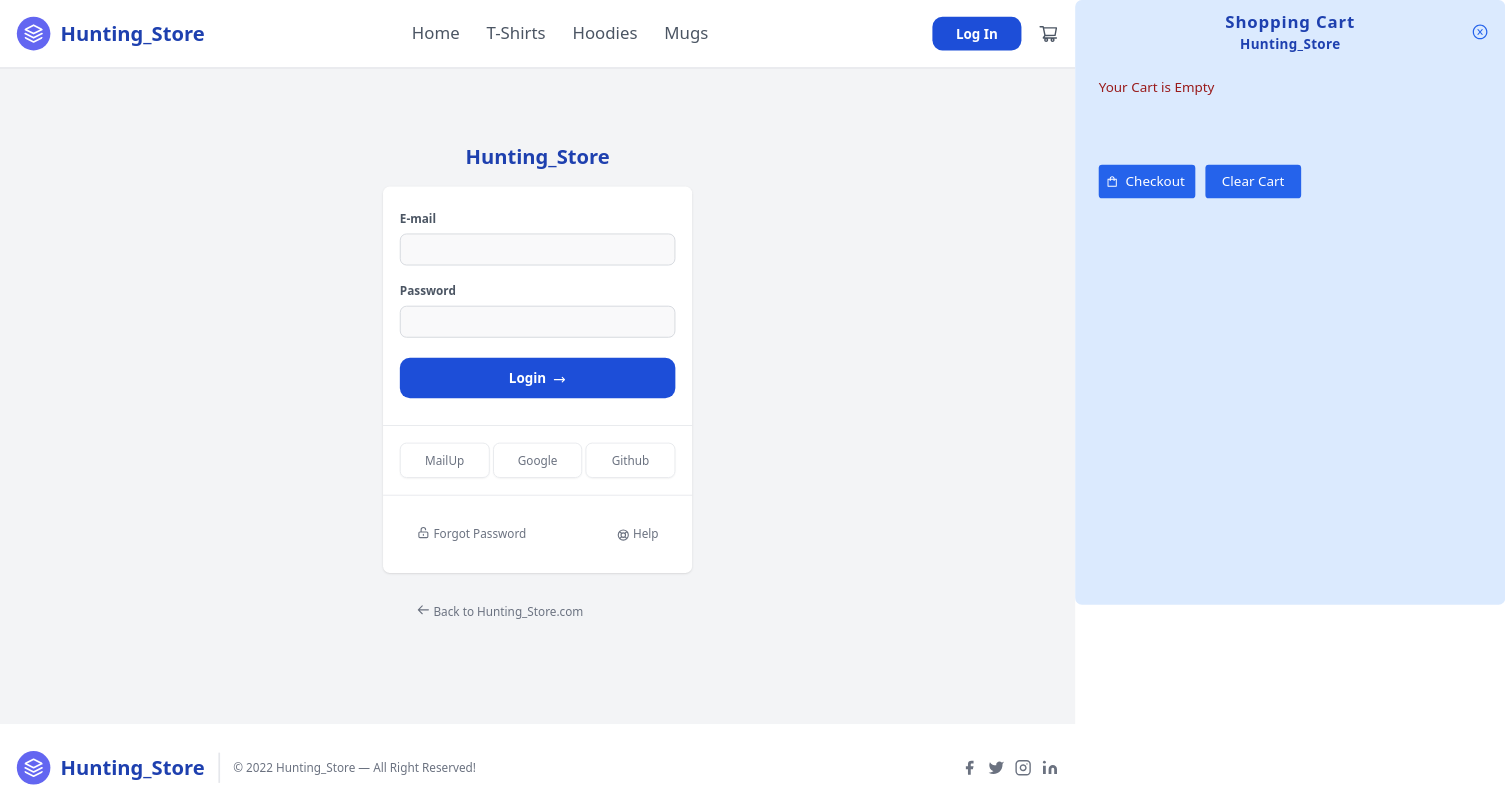
Repository: faixanmalik/ecom-store
Page: /login
The author's editor kept a copy of each file at every save. The page is drawn from the files as they stood at one save, then again after the next save.
The browser window is 1280 px wide. The page is 1792 px wide, so the pictures cover 1792 px, including what lies to the right of the window. The pictures show the whole page, at 84% of full size.
The project was rebuilt for these pictures with package versions that can differ from the ones it lists, and the page was loaded fresh each time. The framework's server and built-in components were replaced by stand-ins that run in the browser. Also part of the build but not shown: next.config.js.

Above is the page before, as saved 2022-12-26 19:29:40.

### pages/_app.js
import { useState , useEffect } from 'react'
import Footer from '../components/Footer'
import Navbar from '../components/Navbar'
import '../styles/globals.css'

// React top loading bar
import LoadingBar from 'react-top-loading-bar'

// React Toastify
import { ToastContainer, toast } from 'react-toastify';
import 'react-toastify/dist/ReactToastify.css';
import { useRouter } from 'next/router';

function MyApp({ Component, pageProps }) {


  const router = useRouter();


  let [cart, setCart] = useState({})
  let [subTotal, setSubTotal] = useState(0)
  const [user, setUser] = useState({value: null})
  const [key, setKey] = useState(0)

//  react top loading bar
  const [progress, setProgress] = useState(0)

  //  Use Effect for retain same items in shopping Cart
  useEffect(() => {
    router.events.on('routeChangeStart', ()=>{
      setProgress(75);
    });
    router.events.on('routeChangeComplete', ()=>{
      setProgress(100);
    });


    try {
      if (localStorage.getItem("cart")) {
        setCart(JSON.parse(localStorage.getItem("cart")));
        saveCart(JSON.parse(localStorage.getItem("cart")));
      }
    } catch (error) {
      console.error(error);
      localStorage.clear();
    }

    let token = localStorage.getItem("token");
    if( token ){
      setUser({value: token});
      setKey(Math.random());
    }

  }, [router.query])



  // Logout function
  const logout = ()=>{
    localStorage.removeItem("token");
    setUser({value:null});
    setKey(Math.random());
    router.push(`${process.env.NEXT_PUBLIC_HOST}/login`);
  }




  //  saveCart is used to store cart items in local storage of user
  const saveCart = (myCart) => {
    localStorage.setItem("cart", JSON.stringify(myCart))

  //   // function uses to subtotal
    let subt = 0;
    let keys = Object.keys(myCart);
    for (let i = 0; i < keys.length; i++) {
      subt +=  myCart[keys[i]].price * myCart[keys[i]].qty;
    }
    setSubTotal(subt)
  }


  // add to Cart function like increase quantity of items in cart
  const removecart = () => toast.error("Your Cart is Empty.!");



  const addToCart = (itemCode, name, qty, price, size, variant) =>{
    let newCart = cart;
    if(itemCode in cart){
      newCart[itemCode].qty= cart[itemCode].qty + qty;
    }
    else{
      newCart[itemCode]= {qty:1, name, price, size, variant}
    }
    setCart(newCart);
    saveCart(newCart);
  }


  // Remove From Cart function like decrease quantity of items in cart
  const removeFromCart = (itemCode, name, qty, price, size, variant) =>{
    let newCart = cart;
    if(itemCode in cart){
      newCart[itemCode].qty= cart[itemCode].qty - qty;
    }
     if (newCart[itemCode].qty <=0){
      delete newCart[itemCode];
     }
    setCart(newCart);
    saveCart(newCart);
  }




  // clear cart is used to clear all items in cart
  const clearCart = () => {
    removecart();
    setCart({});
    saveCart({});
  }



  return <>
  <LoadingBar color='#007af' height={2} progress={progress} waitingTime={300} onLoaderFinished={() => setProgress(0)}/>
  <Navbar key={key} user={user} logout={logout} cart={cart} addToCart={addToCart} removeFromCart={removeFromCart} clearCart={clearCart} subTotal={subTotal} />
  <Component cart={cart} addToCart={addToCart} removeFromCart={removeFromCart} clearCart={clearCart} subTotal={subTotal}  {...pageProps} />
  <Footer/>
  </>

}

export default MyApp

### pages/_document.js
import { Html, Head, Main, NextScript } from 'next/document'

export default function Document() {
  return (
    <Html>
      <Head className='overflow-x-hidden'/>
      <body>
        <Main />
        <NextScript />
      </body>
    </Html>
  )
}

### pages/login.js
import React from 'react'
import Link from 'next/link'
import { useState, useEffect } from 'react';
import { useRouter } from 'next/router';

import { toast, ToastContainer } from "react-toastify";
import 'react-toastify/dist/ReactToastify.css';




function login() {

  const router = useRouter()

  useEffect(() => {
    if(localStorage.getItem("token")){
        router.push('/')
    }
  }, [])


  const [email, setEmail] = useState('')
  const [password, setPassword] = useState('')


  const submit = async (e) => {
    e.preventDefault()


    // fetch the data from form to makes a file in local system
    const data = { email, password };

      let res = await fetch(`${process.env.NEXT_PUBLIC_HOST}/api/login`, {
      method: 'POST',
      headers: {
        'Content-Type': 'application/json',
      },
      body: JSON.stringify(data),
    })
      let response = await res.json()
        setEmail('')
        setPassword('')

        if (response.success === true) {
            toast.success(response.message , { position: "bottom-center", autoClose: 1000, hideProgressBar: false, closeOnClick: true, pauseOnHover: true, draggable: true, progress: undefined, theme: "light", });
            localStorage.setItem('token', response.token)
            setTimeout(() => {
                router.push(`${process.env.NEXT_PUBLIC_HOST}`);
            }, 1500);
        }
        if (!response.success == true){
            toast.error(response.message , { position: "bottom-center", autoClose: 1000, hideProgressBar: false, closeOnClick: true, pauseOnHover: true, draggable: true, progress: undefined, theme: "light", });
        }

        if (response.success == "none"){
            console.log(response);
            toast.error(response.message , { position: "bottom-center", autoClose: 1000, hideProgressBar: false, closeOnClick: true, pauseOnHover: true, draggable: true, progress: undefined, theme: "light", });
            setTimeout(() => {
                router.push(`${process.env.NEXT_PUBLIC_HOST}/signup`);
            }, 1500);
        }

  }



  const handleChange = (e) => {

    if ( e.target.name === 'email') {
      setEmail(e.target.value)
    }
    else if (e.target.name === 'password') {
      setPassword(e.target.value)
    }
  }


  return (
    <>
    <div className="min-h-screen bg-gray-100 flex flex-col justify-center sm:py-12">
        <div className="p-10 xs:p-0 mx-auto md:w-full md:max-w-md">
        <h1 className="text-center text-2xl font-bold text-blue-800 mb-5">Hunting_Store</h1>
        <ToastContainer position="bottom-center" autoClose={1000} hideProgressBar={false} newestOnTop={false} closeOnClick rtl={false} pauseOnFocusLoss draggable theme="light"/>


        <form method='POST' onSubmit={submit}>

            <div className="bg-white shadow w-full rounded-lg divide-y divide-gray-200">
            <div className="px-5 py-7">

                <label className="font-semibold text-sm text-gray-600 pb-1 block">E-mail</label>
                <input onChange={handleChange} value={email} name="email" id='email' type="text" className="bg-gray-100 bg-opacity-50 resize-none text-gray-700 outline-none border border-gray-300 focus:border-indigo-500 focus:bg-white focus:ring-2 focus:ring-indigo-200 rounded-lg px-3 py-2 mt-1 mb-5 text-sm w-full transition-colors duration-200 ease-in-out" required />

                <label className="font-semibold text-sm text-gray-600 pb-1 block">Password</label>
                <input onChange={handleChange} value={password} name="password" id='password' type="password" className="bg-gray-100 bg-opacity-50 resize-none text-gray-700 outline-none border border-gray-300 focus:border-indigo-500 focus:bg-white focus:ring-2 focus:ring-indigo-200 rounded-lg px-3 py-2 mt-1 mb-5 text-sm w-full transition-colors duration-200 ease-in-out" required />


                <button type="submit" className="w-full text-center py-3 bg-blue-700 text-white rounded-xl font-semibold hover:bg-blue-800 focus:outline-none my-1">
                    <span className="inline-block mr-2">Login</span>
                    <svg xmlns="http://www.w3.org/2000/svg" fill="none" viewBox="0 0 24 24" stroke="currentColor" className="w-4 h-4 inline-block"><path strokeLinecap="round" strokeLinejoin="round" strokeWidth="2" d="M17 8l4 4m0 0l-4 4m4-4H3" /></svg>
                </button>
            </div>

            <div className="p-5">
                <div className="grid grid-cols-3 gap-1">
                    <button type="button" className="transition duration-200 border border-gray-200 text-gray-500 w-full py-2.5 rounded-lg text-sm shadow-sm hover:shadow-md font-normal text-center inline-block">MailUp</button>
                    <button type="button" className="transition duration-200 border border-gray-200 text-gray-500 w-full py-2.5 rounded-lg text-sm shadow-sm hover:shadow-md font-normal text-center inline-block">Google</button>
                    <button type="button" className="transition duration-200 border border-gray-200 text-gray-500 w-full py-2.5 rounded-lg text-sm shadow-sm hover:shadow-md font-normal text-center inline-block">Github</button>
                </div>
            </div>
                <div className="py-5">
                <div className="grid grid-cols-2 gap-1">
                <div className="text-center sm:text-left whitespace-nowrap">
                    <button className="transition duration-200 mx-5 px-5 py-4 cursor-pointer font-normal text-sm rounded-lg text-gray-500 hover:bg-gray-100 focus:outline-none focus:bg-gray-200 focus:ring-2 focus:ring-gray-400 focus:ring-opacity-50 ring-inset">
                        <svg xmlns="http://www.w3.org/2000/svg" fill="none" viewBox="0 0 24 24" stroke="currentColor" className="w-4 h-4 inline-block align-text-top">
                            <path strokeLinecap="round" strokeLinejoin="round" strokeWidth="2" d="M8 11V7a4 4 0 118 0m-4 8v2m-6 4h12a2 2 0 002-2v-6a2 2 0 00-2-2H6a2 2 0 00-2 2v6a2 2 0 002 2z" />
                        </svg>
                        <Link href={"/forgotpassword"}><span className="inline-block ml-1">Forgot Password</span></Link>
                    </button>
                </div>
                <div className="text-center sm:text-right whitespace-nowrap">
                    <button className="transition duration-200 mx-5 px-5 py-4 cursor-pointer font-normal text-sm rounded-lg text-gray-500 hover:bg-gray-100 focus:outline-none focus:bg-gray-200 focus:ring-2 focus:ring-gray-400 focus:ring-opacity-50 ring-inset">
                        <svg xmlns="http://www.w3.org/2000/svg" fill="none" viewBox="0 0 24 24" stroke="currentColor" className="w-4 h-4 inline-block align-text-bottom	">
                            <path strokeLinecap="round" strokeLinejoin="round" strokeWidth="2" d="M18.364 5.636l-3.536 3.536m0 5.656l3.536 3.536M9.172 9.172L5.636 5.636m3.536 9.192l-3.536 3.536M21 12a9 9 0 11-18 0 9 9 0 0118 0zm-5 0a4 4 0 11-8 0 4 4 0 018 0z" />
                        </svg>
                        <span className="inline-block ml-1">Help</span>
                    </button>
                </div>
                </div>
            </div>
            </div>
            <div className="py-5">
                <div className="grid grid-cols-2 gap-1">
                <div className="text-center sm:text-left whitespace-nowrap">
                    <button className="transition duration-200 mx-5 px-5 py-4 cursor-pointer font-normal text-sm rounded-lg text-gray-500 hover:bg-gray-200 focus:outline-none focus:bg-gray-300 focus:ring-2 focus:ring-gray-400 focus:ring-opacity-50 ring-inset">
                        <svg xmlns="http://www.w3.org/2000/svg" fill="none" viewBox="0 0 24 24" stroke="currentColor" className="w-4 h-4 inline-block align-text-top">
                            <path strokeLinecap="round" strokeLinejoin="round" strokeWidth="2" d="M10 19l-7-7m0 0l7-7m-7 7h18" />
                        </svg>
                        <span className="inline-block ml-1"><Link href={"/"}>Back to Hunting_Store.com</Link></span>
                    </button>
                </div>
                </div>

            </div>
        </form>
        </div>
    </div>
    </>
  )
}

export default login

### components/Footer.js
import React from 'react'

function Footer() {
  return (

    <footer className="text-gray-600 body-font ">
  <div className="container px-5 py-8 mx-auto flex items-center flex-col sm:flex-row">
    <a className="flex title-font font-medium items-center md:justify-start justify-center text-gray-900">
      <svg xmlns="http://www.w3.org/2000/svg" fill="none" stroke="currentColor" strokeLinecap="round" strokeLinejoin="round" strokeWidth="2" className="w-10 h-10 text-white p-2 bg-indigo-500 rounded-full" viewBox="0 0 24 24">
        <path d="M12 2L2 7l10 5 10-5-10-5zM2 17l10 5 10-5M2 12l10 5 10-5"></path>
      </svg>
      <span className="ml-3 text-2xl font-bold text-blue-800">Hunting_Store</span>
    </a>
    <p className="text-sm text-gray-500 sm:ml-4 sm:pl-4 sm:border-l-2 sm:border-gray-200 sm:py-2 sm:mt-0 mt-4">© 2022 Hunting_Store — All Right Reserved!</p>
    <span className="inline-flex sm:ml-auto sm:mt-0 mt-4 justify-center sm:justify-start">
      <a className="text-gray-500">
        <svg fill="currentColor" strokeLinecap="round" strokeLinejoin="round" strokeWidth="2" className="w-5 h-5" viewBox="0 0 24 24">
          <path d="M18 2h-3a5 5 0 00-5 5v3H7v4h3v8h4v-8h3l1-4h-4V7a1 1 0 011-1h3z"></path>
        </svg>
      </a>
      <a className="ml-3 text-gray-500">
        <svg fill="currentColor" strokeLinecap="round" strokeLinejoin="round" strokeWidth="2" className="w-5 h-5" viewBox="0 0 24 24">
          <path d="M23 3a10.9 10.9 0 01-3.14 1.53 4.48 4.48 0 00-7.86 3v1A10.66 10.66 0 013 4s-4 9 5 13a11.64 11.64 0 01-7 2c9 5 20 0 20-11.5a4.5 4.5 0 00-.08-.83A7.72 7.72 0 0023 3z"></path>
        </svg>
      </a>
      <a className="ml-3 text-gray-500">
        <svg fill="none" stroke="currentColor" strokeLinecap="round" strokeLinejoin="round" strokeWidth="2" className="w-5 h-5" viewBox="0 0 24 24">
          <rect width="20" height="20" x="2" y="2" rx="5" ry="5"></rect>
          <path d="M16 11.37A4 4 0 1112.63 8 4 4 0 0116 11.37zm1.5-4.87h.01"></path>
        </svg>
      </a>
      <a className="ml-3 text-gray-500">
        <svg fill="currentColor" stroke="currentColor" strokeLinecap="round" strokeLinejoin="round" strokeWidth="0" className="w-5 h-5" viewBox="0 0 24 24">
          <path stroke="none" d="M16 8a6 6 0 016 6v7h-4v-7a2 2 0 00-2-2 2 2 0 00-2 2v7h-4v-7a6 6 0 016-6zM2 9h4v12H2z"></path>
          <circle cx="4" cy="4" r="2" stroke="none"></circle>
        </svg>
      </a>
    </span>
  </div>
</footer>
  )
}

export default Footer

### components/Navbar.js
import React from 'react'
import Link from 'next/link'
import { useRef } from 'react';
import { AiOutlineShoppingCart,AiOutlineShopping, AiOutlineCloseCircle, AiFillMinusCircle, AiFillPlusCircle } from 'react-icons/ai';
import { BiUserCircle } from 'react-icons/bi';
import { Fragment } from 'react'
import { Menu, Transition } from '@headlessui/react'
import { ChevronDownIcon } from '@heroicons/react/20/solid'

function classNames(...classes) {
  return classes.filter(Boolean).join(' ')
}


function Navbar({logout, user, cart, removeFromCart, addToCart, clearCart, subTotal , size , variant}) {

  const togglecart = ()=> {
    if (ref.current.classList.contains('translate-x-full')){
      ref.current.classList.remove('translate-x-full');
      ref.current.classList.add('translate-x-0');
    }
    else {
      ref.current.classList.remove('translate-x-0');
      ref.current.classList.add('translate-x-full');
    }
  }
  const ref = useRef()




  return (
    <header className="text-gray-600 body-font border-b-2 ">
        <div className="container mx-auto flex flex-wrap p-5 flex-col md:flex-row items-center">
            <a className="flex title-font font-medium items-center text-gray-900 mb-4 md:mb-0">
            <svg xmlns="http://www.w3.org/2000/svg" fill="none" stroke="currentColor" strokeLinecap="round" strokeLinejoin="round" strokeWidth="2" className="w-10 h-10 text-white p-2 bg-indigo-500 rounded-full" viewBox="0 0 24 24">
                <path d="M12 2L2 7l10 5 10-5-10-5zM2 17l10 5 10-5M2 12l10 5 10-5"></path>
            </svg>
            <span className="ml-3 text-2xl font-bold text-blue-800">Hunting_Store</span>
            </a>
            <nav className="md:ml-auto md:mr-auto flex flex-wrap items-center text-lg md:text-xl justify-center list-none space-x-8 md:space-x-3 lg:space-x-8">
              <Link href={"/"}><li className='hover:text-blue-700 hover:font-semibold'>Home</li></Link>
              <Link href={"/tshirt"}><li className='hover:text-blue-700 hover:font-semibold'>T-Shirts</li></Link>
              <Link href={"/hoodies"}><li className='hover:text-blue-700 hover:font-semibold'>Hoodies</li></Link>
              <Link href={"/mugs"}><li className='hover:text-blue-700 hover:font-semibold'>Mugs</li></Link>
            </nav>
            <div className='inline-flex items-center mt-3 md:mt-0 space-x-8 md:space-x-5'>

              <Menu as="div" className="relative inline-block text-left">
                <div>
                  <Menu.Button className="inline-flex mt-2">
                  {user.value && <BiUserCircle className='text-2xl cursor-pointer' aria-hidden="true"/>}
                  </Menu.Button>
                </div>
                <Transition as={Fragment} enter="transition ease-out duration-100" enterFrom="transform opacity-0 scale-95" enterTo="transform opacity-100 scale-100" leave="transition ease-in duration-75" leaveFrom="transform opacity-100 scale-100" leaveTo="transform opacity-0 scale-95">
                <Menu.Items className="absolute md:right-0 z-10 w-56 origin-top-right rounded-md bg-white shadow-lg ring-1 ring-black ring-opacity-5 focus:outline-none">
                  <div className="py-1">
                    <Menu.Item>
                      {({ active }) => (
                        <a href="#" className={classNames( active ? 'bg-gray-100 text-gray-900' : 'text-gray-700', 'block px-4 py-2 text-sm' )}>Account settings</a>
                      )}
                    </Menu.Item>
                    <Menu.Item>
                      {({ active }) => (<Link href={'/order'} className={classNames( active ? 'bg-gray-100 text-gray-900' : 'text-gray-700', 'block px-4 py-2 text-sm')}>Orders</Link>)}
                    </Menu.Item>
                    <Menu.Item>
                      {({ active }) => (<a href="#" className={classNames( active ? 'bg-gray-100 text-gray-900' : 'text-gray-700', 'block px-4 py-2 text-sm')}>License</a>)}
                    </Menu.Item>
                    <div>
                      <Menu.Item>
                        {({ active }) => (
                          <button onClick={logout}  className={classNames( active ? 'bg-gray-100 text-gray-900' : 'text-gray-700', 'block w-full px-4 py-2 text-left text-sm')}>Log Out</button>
                        )}
                      </Menu.Item>
                    </div>
                  </div>
                </Menu.Items>
                </Transition>
              </Menu>
              {!user.value && <button className=" bg-blue-700 text-white rounded-xl font-semibold border-0 py-2 px-7 focus:outline-none hover:bg-blue-800 text-base">
                  <Link href={"/login"}>Log In</Link>
                </button>}
              <div onClick={togglecart}>
                <AiOutlineShoppingCart className='text-2xl cursor-pointer'/>
              </div>
            </div>

            <div className="z-10">
              <div ref={ref} className="pt-3 overflow-scroll cart rounded-lg absolute top-0 right-0 bg-blue-100 px-7 w-2/5 h-full transform transition-transform translate-x-full">
                <h1 className="font-bold text-xl text-center text-blue-800 tracking-wider">Shopping Cart</h1>
                <span onClick={togglecart} className="absolute top-7 right-5 text-xl"><AiOutlineCloseCircle className="cursor-pointer text-blue-600"/></span>
                <h1 className="font-bold text-base text-center text-blue-800 tracking-wide">Hunting_Store</h1>
                <div>
                  <ol className="pt-7 list-decimal font-medium text-red-800 space-y-2">
                    {Object.keys(cart).length == 0 && <div>Your Cart is Empty</div> }
                    {Object.keys(cart).map((k)=>{  return localStorage.getItem('token') && <li  key={k} className="text-lg text-blue-800">
                      <div className="flex justify-between">
                        <div className="w-1/2 font-semibold overflow-hidden">{cart[k].name} ({cart[k].size}/{cart[k].variant})</div>
                        <div className="bg-slate-100 flex h-8 font-bold text-center px-2"><AiFillMinusCircle onClick={()=>{removeFromCart(k,cart[k].name,1,cart[k].price,cart[k].size,cart[k].variant)}} className='my-auto cursor-pointer'/> <span className='mx-3'>{cart[k].qty}</span> <AiFillPlusCircle onClick={()=>{addToCart(k,cart[k].name,1,cart[k].price,cart[k].size,cart[k].variant)}} className='my-auto cursor-pointer'/> </div>
                      </div>
                      <div>
                      </div>
                    </li>})}
                      { localStorage.getItem('token') && <h1 className='cursor-text text-blue-800 text-xl py-2 rounded'>SubTotal: ${subTotal}</h1>}
                  </ol>

                  <div className='flex space-x-3 pt-20'>
                    <Link href={"/checkout"}><button  className='bg-blue-600 flex pr-3 py-2 rounded text-white'><AiOutlineShopping className='my-auto mx-2'/>Checkout</button></Link>
                    <button onClick={clearCart} className='bg-blue-600 px-5 py-2 rounded text-white'>Clear Cart</button>

                  </div>
                </div>





              </div>
            </div>
        </div>
    </header>
  )
}

export default Navbar

### styles/globals.css
@tailwind base;
@tailwind components;
@tailwind utilities;


body{
    overflow-x: hidden;
}

Loaded but not shown: tailwind.config.js (common file)

After the next save:
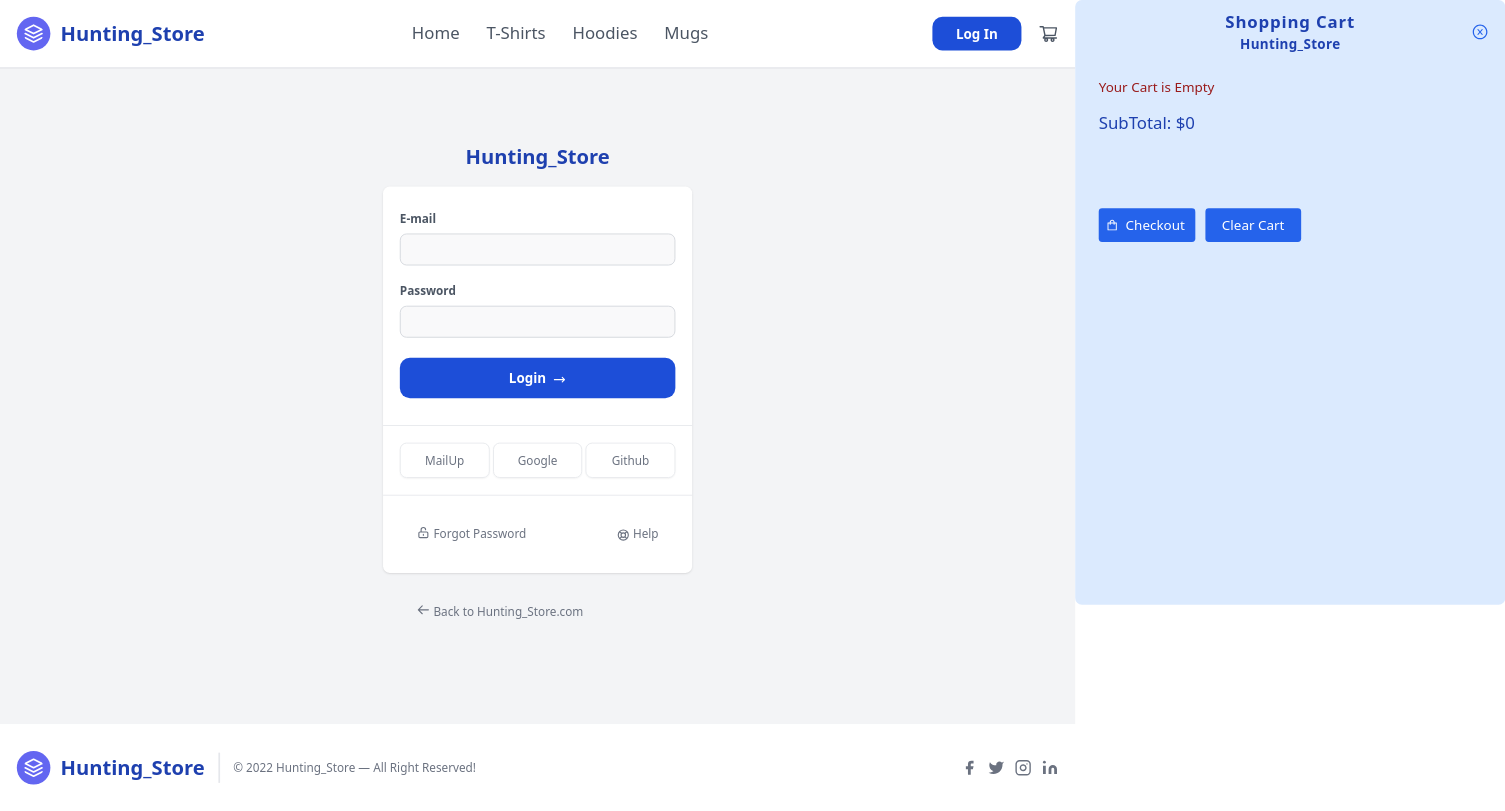
Saved 11 s later.
--- a/components/Navbar.js
+++ b/components/Navbar.js
@@ -101,7 +101,7 @@ function Navbar({logout, user, cart, removeFromCart, addToCart, clearCart, subTo
                       <div>
                       </div>
                     </li>})}
-                      { localStorage.getItem('token') && <h1 className='cursor-text text-blue-800 text-xl py-2 rounded'>SubTotal: ${subTotal}</h1>}
+                      <h1 className='cursor-text text-blue-800 text-xl py-2 rounded'>SubTotal: ${subTotal}</h1>
                   </ol>
 
                   <div className='flex space-x-3 pt-20'>
